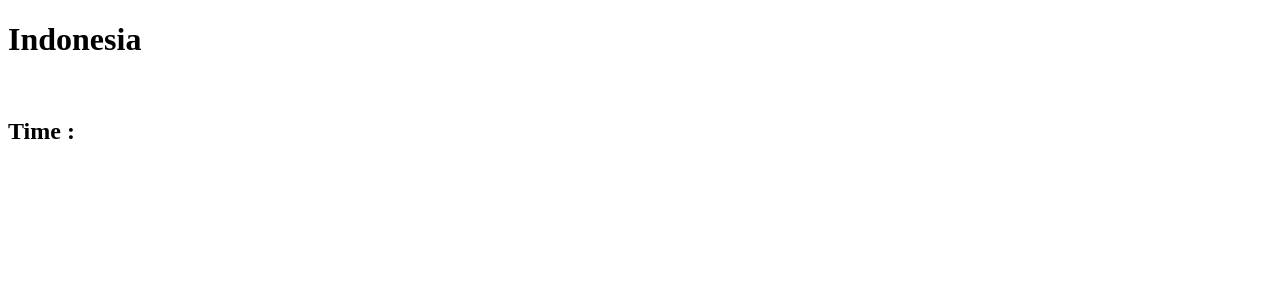
Repository: SnakeXrnt/notion-clock
Page: indonesia.html
These files come from the project's save history. The page is drawn as it stood at one moment and after the next save; the edit follows.
The browser window is 1280 px wide. The pictures show the whole page.

Above is the page before, as saved 2024-05-21 15:57:10.

### indonesia.html
<!DOCTYPE html>
<html lang="en">
<head>
    <meta charset="UTF-8">
    <meta name="viewport" content="width=device-width, initial-scale=1.0">
    <title>Indonesia</title>
    <link rel="preconnect" href="https://fonts.googleapis.com">
    <link rel="preconnect" href="https://fonts.gstatic.com" crossorigin>
    <link href="https://fonts.googleapis.com/css2?family=Fira+Sans:ital,wght@0,100;0,200;0,300;0,400;0,500;0,600;0,700;0,800;0,900;1,100;1,200;1,300;1,400;1,500;1,600;1,700;1,800;1,900&display=swap" rel="stylesheet">
    <style>

    </style>
    <script>

    </script>
</head>
<body>
    <h1>Indonesia</h1>
    <br>
    <h2>Time :</h2>
    <h1 class="time"></h1>

</body>
</html>

After the next save:
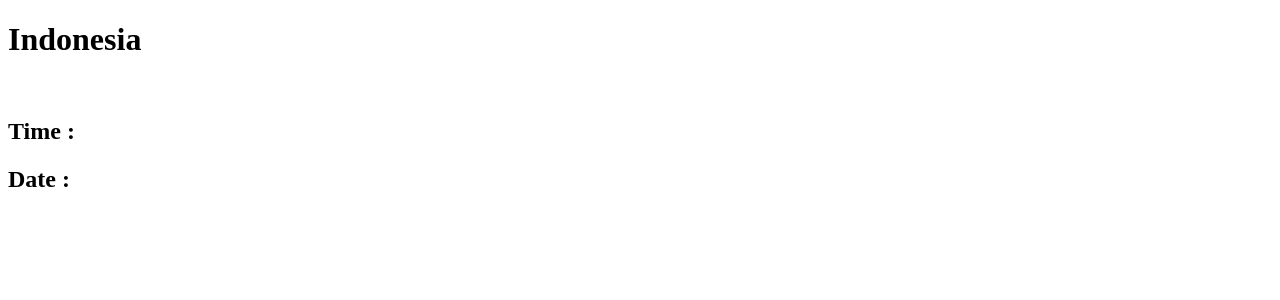
Saved 15 s later.
--- a/indonesia.html
+++ b/indonesia.html
@@ -19,6 +19,7 @@
     <br>
     <h2>Time :</h2>
     <h1 class="time"></h1>
-
+    <h2>Date :</h2>
+    <h1></h1>
 </body>
 </html>
